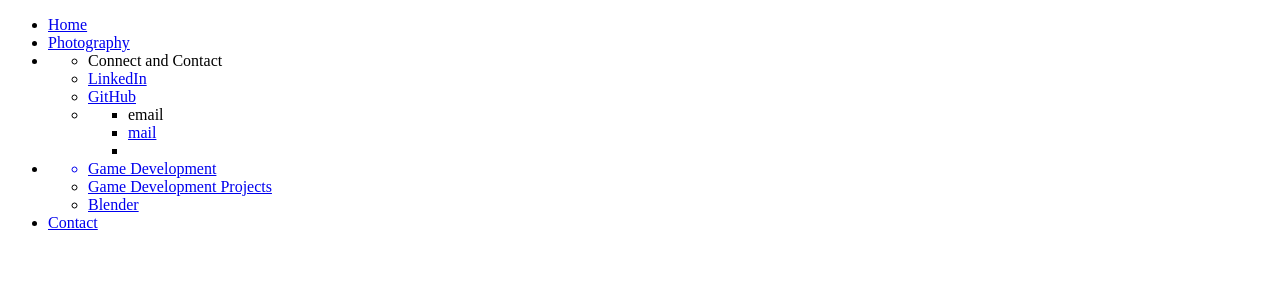
Repository: Argivist/ArgPortfolio
Page: index.html
The author's editor kept a copy of each file at every save. The page is drawn from the files as they stood at one save, then again after the next save.
The browser window is 1280 px wide. The pictures show the whole page.

Above is the page before, as saved 2025-03-28 14:30:52.

### index.html
<!DOCTYPE html>
<html lang="en">

<head>
    <meta charset="UTF-8">
    <meta name="viewport" content="width=device-width, initial-scale=1.0">
    <title>Hutton Amison-Addy</title>
</head>

<body>
    <nav>
        <ul>
            <li><a href="index.html">Home</a></li>
            <li> <a href="https://www.instagram.com/theworldinoneseye/">Photography</a></li>
            <!-- contact -->
             <li>
                <ul class="dropdown">
                    <li> Connect and Contact</li>
                    <li><a href="https://www.linkedin.com/in/hutton-amison-addy-7b1b3b1b1/">LinkedIn</a></li>
                    <li><a href="https://www.github.com/Argivist">GitHub</a></li>
                    <li>
                        <ul class="dropdownsecond">
                            <li>email</li>
                            <li><a href="mailto:hutton.amison@ashesi.edu.gh">mail</a>
                            <li><a href="mailto:"</li>                        </ul>

                    </li>
                </ul>

             </li>
            <li>
                <ul class="dropdown">
                    <li>Game Development</li>
                    <li><a href="game/index.html">Game Development Projects</a></li>
                    <li><a href="blender/index.html">Blender</a></li>
                </ul>
            </li>
            <li><a href="contact.html">Contact</a></li>
        </ul>
    </nav>
    <div>

    </div>

</body>

</html>

After the next save:
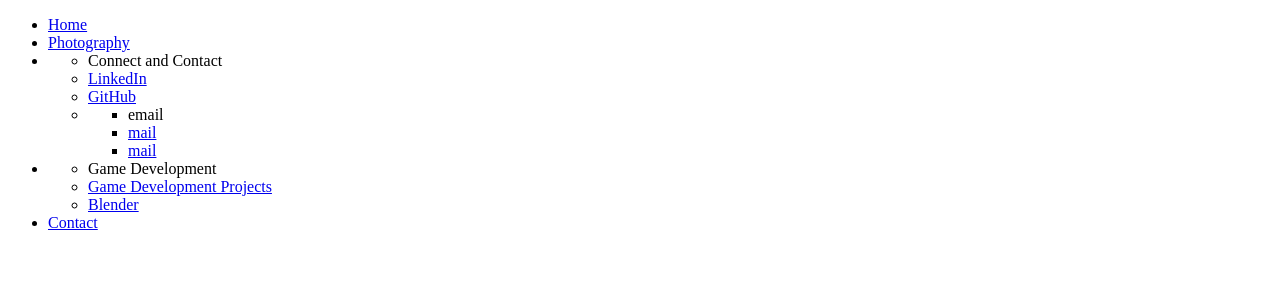
Saved 98 s later.
--- a/index.html
+++ b/index.html
@@ -21,8 +21,9 @@
                     <li>
                         <ul class="dropdownsecond">
                             <li>email</li>
-                            <li><a href="mailto:hutton.amison@ashesi.edu.gh">mail</a>
-                            <li><a href="mailto:"</li>                        </ul>
+                            <li><a href="mailto:hutton.amison@ashesi.edu.gh">mail</a></li>
+                            <li><a href="mailto:huttonaaddy.public@gmail.com">mail</a></li>                        </ul>
+
 
                     </li>
                 </ul>
